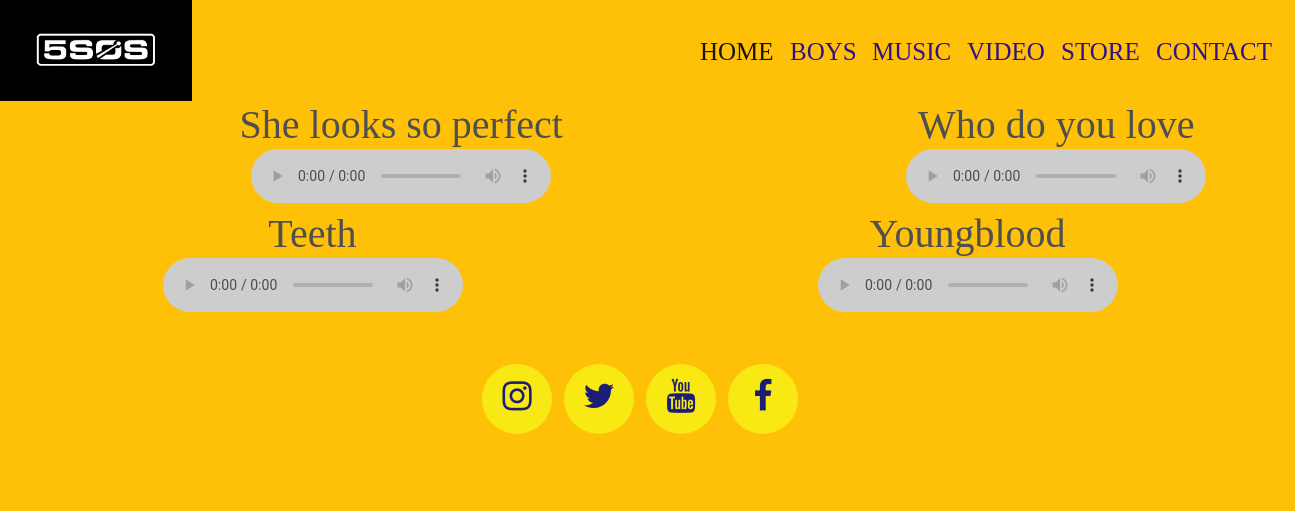
Repository: sun5lower/5SOS
Page: music.html
The author's editor kept a record of every edit. The page is drawn from the files as they stood at one moment, then again after the next edit.
The browser window is 1280 px wide. The page is 1295 px wide, so the pictures cover 1295 px, including what lies to the right of the window. The pictures show the whole page.

Above is the page before.

### music.html
<!DOCTYPE html>
<html lang="en">

<head>
    <meta charset="UTF-8">
    <meta name="viewport" content="width=device-width, initial-scale=1.0">
    <meta http-equiv="X-UA-Compatible" content="ie=edge">
    <link rel="stylesheet" href="https://stackpath.bootstrapcdn.com/bootstrap/4.3.1/css/bootstrap.min.css" type="text/css" />
    <link rel="stylesheet" href="https://stackpath.bootstrapcdn.com/font-awesome/4.7.0/css/font-awesome.min.css" type="text/css" />
    <link rel="stylesheet" href="https://cdnjs.cloudflare.com/ajax/libs/hover.css/2.3.1/css/hover-min.css" type="text/css" />
    <link rel="stylesheet" href="assets/css/style.css" type="text/css" />
    <script src="https://ajax.googleapis.com/ajax/libs/jquery/3.4.1/jquery.min.js"></script>
    <script src="https://maxcdn.bootstrapcdn.com/bootstrap/3.4.0/js/bootstrap.min.js"></script>
    <title>5sos</title>

</head>

<body>

    <!--Navigation-->

    <header class="container-fluid">
        <div class="row no-gutters">
            <div class="col-6 col-md-6">
                <a href=index.html><img src="assets/images/brand5.png" class="navbar-brand"></a>
            </div>
            <nav class="col-4 col-md-6 navbar navbar-expand-md navbar-light bg-dark sticky-top expand-md">
                <button class="navbar-toggler ml-auto" type="button" data-toggle="collapse" data-target="#navbarNavDropdown" aria-controls="navbarNavDropdown" aria-expanded="false" aria-label="Toggle navigation">
                    <span class="navbar-toggler-icon"></span>
                </button>
                <div class="collapse navbar-collapse" id="navbarNavDropdown">
                    <ul class="navbar-nav ml-auto">
                        <li class="nav-item active">
                            <a href="index.html" class="nav-link  hvr-buzz">HOME</a>
                        </li>
                        <li class="nav-item">
                            <a class="nav-link hvr-buzz" href="boys.html">BOYS</a>
                        </li>
                        <li class="nav-item">
                            <a class="nav-link  hvr-buzz" href="music.html">MUSIC</a>
                        </li>
                        <li class="nav-item">
                            <a class="nav-link  hvr-buzz" href="video.html">VIDEO</a>
                        </li>
                        <li class="nav-item">
                            <a class="nav-link  hvr-buzz" href="store.html">STORE</a>
                        </li>
                        <li class="nav-item">
                            <a class="nav-link  hvr-buzz" href="contact.html">CONTACT</a>
                        </li>

                    </ul>
                </div>
            </nav>
        </div>
    </header>


    <!--Audio files-->
    <section class="audio">
        <div class="container-fluid audio">
            <div class="row music ">
                <div class="col-md-6 col-sm-12 audio-file ">
                    <h1 class="title">She looks so perfect</h1>
                    <audio controls>
        <source src="assets/she-looks-so-perfect.mp3" type="audio/ogg">
 </audio>
                </div>
                <div class="col-md-6col-sm-12 audio-file ">
                    <h1 class="title">Who do you love</h1>
                    <audio controls>
        <h1 class="title">Youngblood</h1>
  <source src="assets/who-do-you-love.mp3" type="audio/ogg">

 </audio>
                </div>
                <div class="col-md-6 col-sm-12 audio-file ">
                    <h1 class="title">Teeth</h1>
                    <audio controls>
        <h3 class="title"> Youngblood</h3>
  <source src="assets/teeth.mp3" type="audio/ogg">
 </audio>
                </div>
                <div class="col-md-6 col-sm-12 audio-file">
                    <h1 class="title">Youngblood</h1>
                    <audio controls>
        <source src="assets/youngblood.mp3" type="audio/ogg">
 </audio>
                </div>
</section>



     <div class="container-fluid padding">
        <div class="row text-center padding">
            <div class="col-12 ">

            </div>
            <div class="col-12 social padding">
                <a href="#"><i class="fab fa-instagram></i></a>
                <a href="#"><i class="fab fa-twitter></i></a>
                <a href="#"><i class="fab fa-youtube></i></a>
                <a href="#"><i class="fab fa-facebook></i></a>
            </div>
        </div>
    </div>


    <!--Footer-->
    <div class="col-sm-4">

        <ul class="list-inline social-links">
            <li class="list-inline-item">
                <a target="_blank" href="#">
                            <i class="fa fa-instagram" aria-hidden="true"></i>
                            <span class="sr-only">Instagram</span>
                        </a>
            </li>


            <li class="list-inline-item">
                <a target="_blank" href="#">
                            <i class="fa fa-twitter" aria-hidden="true"></i>
                            <span class="sr-only">Twitter</span>
                        </a>
            </li>

            <li class="list-inline-item">
                <a target="_blank" href="#">
                            <i class="fa fa-youtube" aria-hidden="true"></i>
                            <span class="sr-only">YouTube</span>
                        </a>
            </li>
            <li class="list-inline-item">
                <a target="_blank" href="#">
                            <i class="fa fa-facebook" aria-hidden="true"></i>
                            <span class="sr-only">Facebook</span>
                        </a>
            </li>
        </ul>

    </div>
    </div>
    </div>
    </div>
</body>

</html>

### assets/css/style.css
@import url('https://fonts.googleapis.com/css?family=Indie+Flower: 100,200,300,400,500,600,700,800');

/*----------------------------------------------------------Colors */



.uppercase {
    color: #8B1616;
}

.h1.display-2 {
    padding: 0;
    color: #F6EF12;
}

h1,h2,h3,h4 {
    margin: 0;
    text-align: center;
}

h3 {
   color: #F4570B;
   float: left;
}

body {
   background-color: #ffc107;
   font-family: Permanent marker;

}
.display-4 {
    color: #000000;
    text-transform: uppercase;
    font-family: Permanent marker;
    text-align: center;
}


.bg-dark {
    background-color: #ffc107!important;
}

.container-fluid {
    padding :0;
    margin: 0;
}

div.container-fluid.card {
    padding: 0;
    margin: 0;
}


/*----------------------------------------------------------Navbar  */

img.navbar-brand {
    padding: 0;
}

.a {
    font-size: 45px;
    color: #F4570B;
    text-decoration: none;
}



.navbar-brand {
   padding:  20;
   margin: 0;
   max-width: 30%;
   background-size: auto;
  background-position: center;
}

.navbar-light .navbar-nav .nav-link {
    color: #301188;
    font-family: Permanent Marker;
    font-size:25px;
}

.nav-item {
    height: 75px;
    text-align: center;
    padding: 0;
}

a.nav-link {
    font-weight: 500;
    color: #F6EF12;
    padding: 20px;
}


/* ---------------------------------------------------Hover.css */





/* ---------------------------------------------------Carousel */

.carousel-inner img {
    width: 100%;
    height: 100%;
}
#myCarousel {
    margin:0;
    padding: 0;
}
.carousel-item {
    position: relative;
    margin-right: -100%;
    width: 100%;
}

  /* ---------------------------------------------------Boys page */

img.card-img-top {
    background-color: #ffc107;
    size: auto;
    margin-top: 0;

}

.card {
    background-color: #ffc107;
    border-color: transparent;
    text-transform: capitalize;
    font-size: 28px;
    color: #1B1E76;

}

h4.card.title {
    font: bold;
    }

p.card-text {
    font-size: 20px;
}



/* ---------------------------------------------------Jumbotron */

.row.jumbotron {
    text-transform: capitalize;
    font-size: 25px;
    color: #1B1E76;
    background-color: #ffc107;
    font-family: cute font;
    text-align: center;
    margin-left: 40px;
    position: relative;
}


/* ---------------------------------------------------Footer */




 .social-links li a i {
    width: 70px;
    height: 70px;
    padding: 30px 0;
    border-radius: 100%;
    font-size: 34px;
    line-height: 4px;
    text-align: center;
    color: #1B1E76;
    background: #F8E912;
    transition:  0.35s ease-in-out;
    -moz-transition: all 0.35s ease-in-out;
    -webkit-transition: all 0.35s ease-in-out;
    -o-transition: all 0.35s ease-in-out;
}

.social-links li a i:hover {
    background: #C0C0C0;

}
.social {
    padding-bottom: 40px;
    padding-top: 45px;
}

/* ---------------------------------------------------Video */




.videoFrame {
  width:100%;
}

.videoFrame iframe{
   margin: 0 auto;
   display: block;
   width: 560px;
}
/* ---------------------------------------------------Audio */

.audio-file {
    text-align: center;
    margin: auto;
    color: #1B1E76;
}

.audio {
   filter: sepia(20%) saturate(70%) grayscale(1) contrast(99%) invert(12%);

}

body
* {box-sizing: border-box;}

input[type=text], select, textarea {
  width: 100%;
  padding: 12px;
  border: 1px solid #ccc;
  border-radius: 4px;
  box-sizing: border-box;
  margin-top: 6px;
  margin-bottom: 16px;
  resize: vertical;
}

input[type=submit] {
  background-color:  #ffc107;
  color: white;
  padding: 12px 20px;
  border: none;
  border-radius: 4px;
  cursor: pointer;
}

input[type=submit]:hover {
  background-color: #45a049;
}

.container {
  border-radius: 5px;
  background-color:  #ffc107;
  padding: 0;
}

After the next edit:
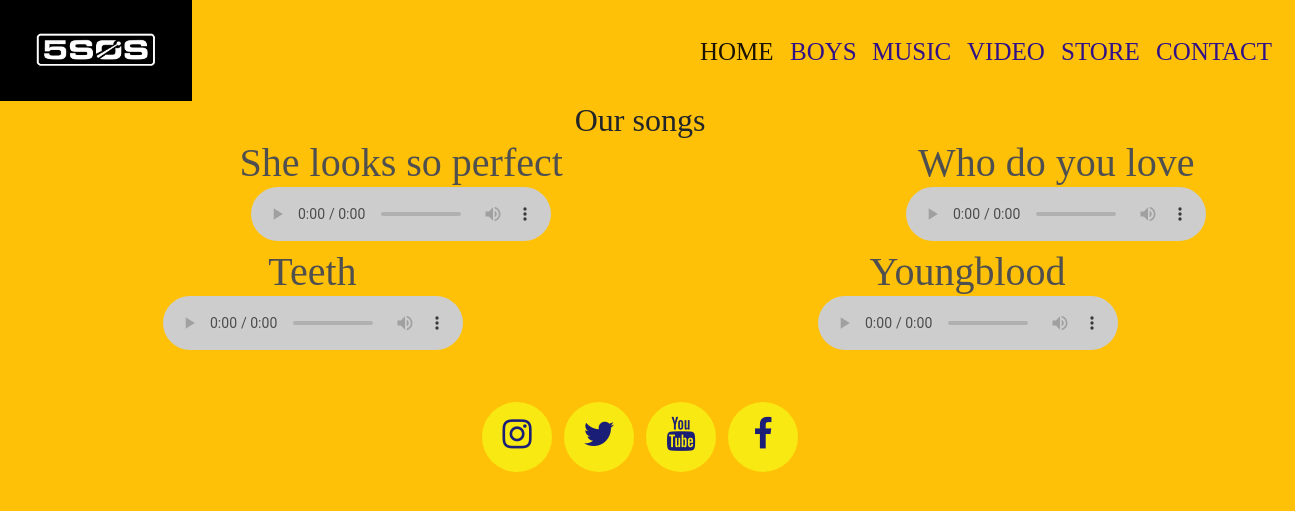
The edit:
--- a/music.html
+++ b/music.html
@@ -55,6 +55,7 @@
         </div>
     </header>
 
+    <h2>Our songs</h2>
 
     <!--Audio files-->
     <section class="audio">
@@ -87,11 +88,11 @@
         <source src="assets/youngblood.mp3" type="audio/ogg">
  </audio>
                 </div>
-</section>
+    </section>
 
 
 
-     <div class="container-fluid padding">
+    <div class="container-fluid padding">
         <div class="row text-center padding">
             <div class="col-12 ">
 
